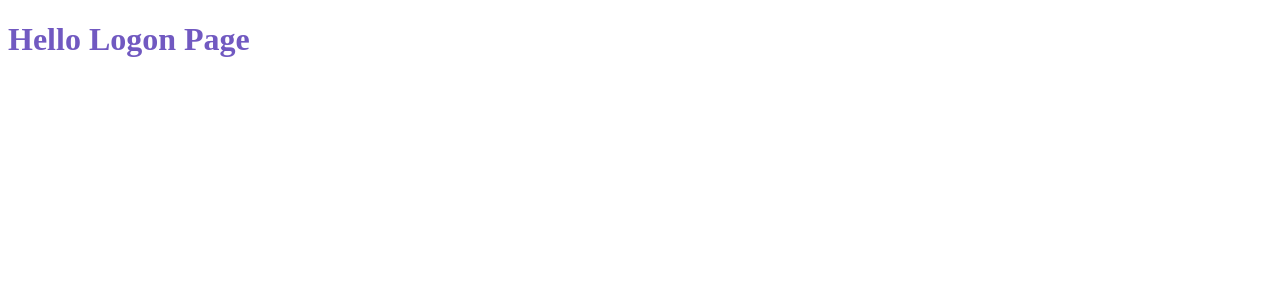
Repository: s7Thiago/semana-omnistack-11.0
Page: / (app in front-end/)
These files come from the project's save history. The page is drawn as it stood at one moment and after a run of saves; the edit follows.
The browser window is 1280 px wide. The pictures show the whole page.
The project was rebuilt for these pictures with package versions that can differ from the ones it lists, and the page was loaded fresh each time.

Above is the page before, as saved 2020-03-26 19:37:50.

After the next 2 saves:
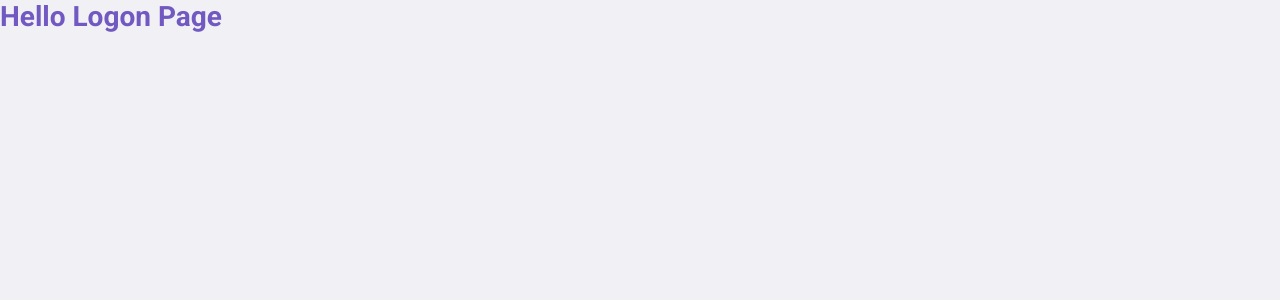
The 2 saves are shown as one change because they came seconds apart.
The last was saved 31 s later.
--- a/front-end/src/App.js
+++ b/front-end/src/App.js
@@ -1,4 +1,5 @@
 import React from 'react';
+import './global.css';
 
 import Logon from './pages/Logon';
 
